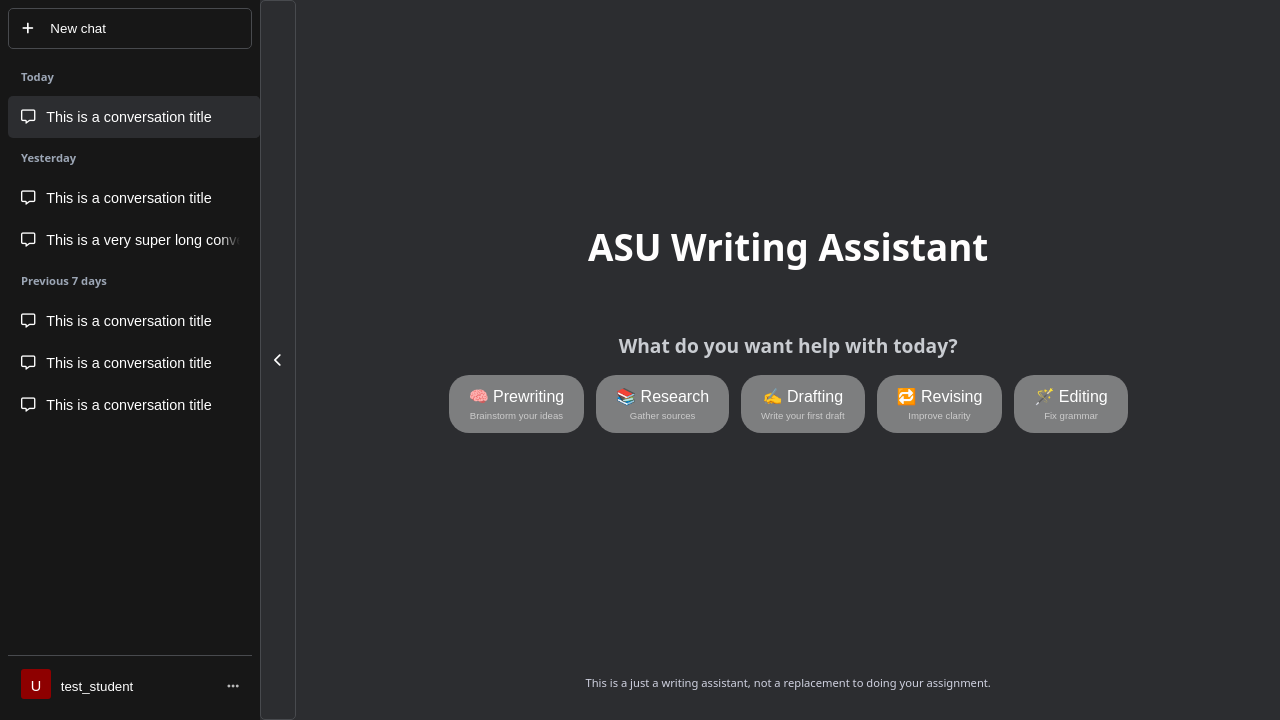
Repository: nysajain/asu-ai-writing-assistant
Page: frontend/index.html
An editor plug-in stored every save of this project. The page is shown before and after the next save, followed by the edit.
The browser window is 1280 px wide. The pictures show the whole page.

Above is the page before, as saved 2025-04-21 15:15:15.

### frontend/index.html
<!DOCTYPE html>
<html lang="en">

<head>
    <meta charset="UTF-8" />
    <meta http-equiv="X-UA-Compatible" content="IE=edge" />
    <meta name="viewport" content="width=device-width, initial-scale=1.0" />
    <link rel="stylesheet" href="style.css" />
    <link rel="stylesheet" href="https://cdnjs.cloudflare.com/ajax/libs/font-awesome/6.4.2/css/all.min.css"
        integrity="sha512-z3gLpd7yknf1YoNbCzqRKc4qyor8gaKU1qmn+CShxbuBusANI9QpRohGBreCFkKxLhei6S9CQXFEbbKuqLg0DA=="
        crossorigin="anonymous" referrerpolicy="no-referrer" />
    <title>ASU Writing Bot</title>
</head>

<body>
    <nav id="sidebar">
        <div class="float-top">
            <div class="sidebar-controls">
                <button class="new-chat"><i class="fa fa-plus"></i> New chat</button>
            </div>
            <ul class="conversations">
                <li class="grouping">Today</li>
                <li class="active">
                    <button class="conversation-button"><i class="fa fa-message fa-regular"></i> This is a conversation
                        title</button>
                    <div class="fade"></div>
                    <div class="edit-buttons">
                        <button><i class="fa fa-edit"></i></button>
                        <button><i class="fa fa-trash"></i></button>
                    </div>
                </li>
                <li class="grouping">Yesterday</li>
                <li>
                    <button class="conversation-button"><i class="fa fa-message fa-regular"></i> This is a conversation
                        title</button>
                    <div class="fade"></div>
                    <div class="edit-buttons">
                        <button><i class="fa fa-edit"></i></button>
                        <button><i class="fa fa-trash"></i></button>
                    </div>
                </li>
                <li>
                    <button class="conversation-button"><i class="fa fa-message fa-regular"></i> This is a very super
                        long conversation title that doesn't fit</button>
                    <div class="fade"></div>
                    <div class="edit-buttons">
                        <button><i class="fa fa-edit"></i></button>
                        <button><i class="fa fa-trash"></i></button>
                    </div>
                </li>
                <li class="grouping">Previous 7 days</li>
                <li>
                    <button class="conversation-button"><i class="fa fa-message fa-regular"></i> This is a conversation
                        title</button>
                    <div class="fade"></div>
                    <div class="edit-buttons">
                        <button><i class="fa fa-edit"></i></button>
                        <button><i class="fa fa-trash"></i></button>
                    </div>
                </li>
                <li>
                    <button class="conversation-button"><i class="fa fa-message fa-regular"></i> This is a conversation
                        title</button>
                    <div class="fade"></div>
                    <div class="edit-buttons">
                        <button><i class="fa fa-edit"></i></button>
                        <button><i class="fa fa-trash"></i></button>
                    </div>
                </li>
                <li>
                    <button class="conversation-button"><i class="fa fa-message fa-regular"></i> This is a conversation
                        title</button>
                    <div class="fade"></div>
                    <div class="edit-buttons">
                        <button><i class="fa fa-edit"></i></button>
                        <button><i class="fa fa-trash"></i></button>
                    </div>
                </li>
            </ul>
        </div>
        <div class="user-menu">
            <button>
                <i class="user-icon">u</i>
                test_student
                <i class="fa fa-ellipsis dots"></i>
            </button>
            <ul>
                <li><button>Settings</button></li>
                <li><button>Log out</button></li>
            </ul>
        </div>
    </nav>

    <button class="hide-sidebar" title="Toggle Sidebar"><i class="fa fa-chevron-left"></i></button>

    <main>
        <!-- New Chat View -->
        <!-- Home screen where user chooses a step -->
        <div class="view new-chat-view">
            <div class="logo">ASU Writing Assistant</div>
            <div class="step-selection">
                <p>What do you want help with today?</p>
                <div class="step-buttons">
                    <button class="step-button" data-step="prewriting">
                        🧠 Prewriting
                        <span class="desc">Brainstorm your ideas</span>
                    </button>
                    <button class="step-button" data-step="research">
                        📚 Research
                        <span class="desc">Gather sources</span>
                    </button>
                    <button class="step-button" data-step="drafting">
                        ✍️ Drafting
                        <span class="desc">Write your first draft</span>
                    </button>
                    <button class="step-button" data-step="revising">
                        🔁 Revising
                        <span class="desc">Improve clarity</span>
                    </button>
                    <button class="step-button" data-step="editing">
                        🪄 Editing
                        <span class="desc">Fix grammar</span>
                    </button>
                </div>
            </div>
        </div>



        <!-- Step Views -->
        <div class="view conversation-view" id="prewriting-view" data-step="prewriting">
            <button class="home-icon-button" title="Back to Home"><i class="fa fa-home"></i></button>
            <div class="model-name"><i class="fa fa-pencil"></i> Prewriting</div>
            <div class="messages" id="prewriting-messages"></div>
            <div class="message-form">
                <div class="message-wrapper">
                    <textarea id="message-prewriting" class="message-input" rows="1" placeholder="Send a message"></textarea>
                    <button id="send-prewriting" class="send-button"><i class="fa fa-paper-plane"></i></button>
                </div>
            </div>
        </div>

        <div class="view conversation-view" id="research-view" data-step="research">
            <button class="home-icon-button" title="Back to Home"><i class="fa fa-home"></i></button>
            <div class="model-name"><i class="fa fa-book"></i> Research</div>
            <div class="messages" id="research-messages"></div>
            <div class="message-form">
                <div class="message-wrapper">
                    <textarea id="message-research" class="message-input" rows="1" placeholder="Send a message"></textarea>
                    <button id="send-research" class="send-button"><i class="fa fa-paper-plane"></i></button>
                </div>
            </div>
        </div>

        <div class="view conversation-view" id="drafting-view" data-step="drafting">
            <button class="home-icon-button" title="Back to Home">
                <i class="fa fa-home"></i>
            </button>
            <div class="model-name"><i class="fa fa-keyboard"></i> Drafting</div>
            <div class="messages" id="drafting-messages"></div>
            <div class="message-form">
                <div class="message-wrapper">
                    <textarea id="message-drafting" class="message-input" rows="1" placeholder="Send a message"></textarea>
                    <button id="send-drafting" class="send-button"><i class="fa fa-paper-plane"></i></button>
                </div>
            </div>
        </div>


        <div class="view conversation-view" id="revising-view" data-step="revising">
            <button class="home-icon-button" title="Back to Home"><i class="fa fa-home"></i></button>
            <div class="model-name"><i class="fa fa-sync"></i> Revising</div>
            <div class="messages" id="revising-messages"></div>
            <div class="message-form">
                <div class="message-wrapper">
                    <textarea id="message-revising" class="message-input" rows="1" placeholder="Send a message"></textarea>
                    <button id="send-revising" class="send-button"><i class="fa fa-paper-plane"></i></button>
                </div>
            </div>
        </div>

        <div class="view conversation-view" id="editing-view" data-step="editing">
            <button class="home-icon-button" title="Back to Home"><i class="fa fa-home"></i></button>
            <div class="model-name"><i class="fa fa-spell-check"></i> Editing</div>
            <div class="messages" id="editing-messages"></div>
            <div class="message-form">
                <div class="message-wrapper">
                    <textarea id="message-editing" class="message-input" rows="1" placeholder="Send a message"></textarea>
                    <button id="send-editing" class="send-button"><i class="fa fa-paper-plane"></i></button>
                </div>
            </div>
        </div>
        <div class="disclaimer">
            This is a just a writing assistant, not a replacement to doing your assignment.
        </div>
    </main>

    <script src="script.js"></script>
</body>

</html>

### frontend/style.css
html,
body {
    width: 100%;
    height: 100%;
    margin: 0;
    padding: 0;
}

:root {
    --color-white: #fff;
    --color-main: #2c2d30;
    --color-main-fade: #2c2d3000;
    --color-secondary: #171717;
    --color-secondary-fade: #17171700;
    --color-button-hover: #242629;
    --color-button-hover-fade: #24262900;
    --color-user-icon: #8e0000;
    --color-groupings: #9ca6b5;
    --color-gpt-icon: #000000;
    --color-black: #1e1e1f;
    --color-user-menu-hover: #383b42;
    --color-text: #f5f9ff;
    --color-gpt3: #5fc319;
    --color-gpt4: #f22626;
    --color-secondary-p: #c9ccd1;
    --color-logo: #fffefe;
    --color-model-name: #ffffff;
    --color-assistant-bg: #3f4042;
    --color-assistant-text: #e1e6ed;
    --color-disclaimer: #d0d2e1;
    --color-border1: #484a4e;
    --color-user-menu-border: #34373a;
    --color-user-menu-selected-border: #4a5562;
    --color-border2: #292d32;
    --color-user-message-border: #2f353d;
}

body {
    background: var(--color-main);
    display: flex;
    font-size: 1em;
    font-family: system-ui, sans-serif;
}

#sidebar {
    position: relative;
    left: 0;
    background: var(--color-secondary);
    width: 260px;
    padding: 8px;
    box-sizing: border-box;
    display: flex;
    justify-content: space-between;
    flex-direction: column;
    transition: all 0.2s ease-in-out;
}

.float-top {
    display: flex;
    flex-direction: column;
    height: calc(100% - 50px);
}

#sidebar.hidden {
    left: -260px;
    margin-right: -260px;
}

#sidebar.hidden .hide-sidebar {
    left: 60px;
    transform: rotate(180deg);
    padding: 15px 13px 11px 13px;
}

button {
    display: block;
    background: inherit;
    border: 1px solid var(--color-border1);
    border-radius: 5px;
    color: var(--color-white);
    padding: 13px;
    box-sizing: border-box;
    text-align: left;
    cursor: pointer;
}

button:hover {
    background: var(--color-button-hover);
}

.sidebar-controls {
    display: flex;
    gap: 10px;
    margin-bottom: 8px;
}

.sidebar-controls button {
    padding: 12px 13px 12px 13px;
    color: white
}

.hide-sidebar {
    position: relative;
    left: 0;
    top: 0;
    transition: all 0.2s ease-in-out;
    transform: rotate(0deg);
}

.new-chat i {
    margin-right: 13px;
}

.new-chat {
    flex: 1;
}

.conversations {
    width: calc(100% + 8px);
    overflow-y: scroll;
}

.conversations,
.conversations li {
    list-style: none;
    list-style-type: none;
    margin: 0;
    padding: 0;
}

.conversations li {
    position: relative;
}

.conversations li .fa {
    margin-right: 7px;
}

.conversations li>button {
    width: 100%;
    border: none;
    font-size: 0.9em;
    white-space: nowrap;
    overflow: hidden;
}

.conversations li.active>button {
    background: var(--color-main);
}

.edit-buttons {
    display: none;
    position: absolute;
    right: 8px;
    top: 0;
}

.conversations li:hover .edit-buttons {
    display: flex;
}

.fade {
    position: absolute;
    right: 0;
    top: 0;
    background: var(--color-user-icon);
    width: 40px;
    height: 100%;
    border-radius: 5px;
    background: transparent;
    background: linear-gradient(90deg, var(--color-secondary-fade) 0%, var(--color-secondary) 50%);
}

.conversations li.active .fade {
    background: linear-gradient(90deg, var(--color-main-fade) 0%, var(--color-main) 50%);
}

.conversations li:hover .fade {
    width: 80px;
    background: linear-gradient(90deg, var(--color-button-hover-fade) 0%, var(--color-button-hover) 30%);
}

.edit-buttons button {
    border: none;
    padding: 0;
    margin: 13px 1px 13px 1px;
    opacity: 0.7;
}

.edit-buttons button:hover {
    background: none;
    opacity: 1;
}

.conversations li.grouping {
    color: var(--color-groupings);
    font-size: 0.7em;
    font-weight: bold;
    padding-left: 13px;
    margin-top: 12px;
    margin-bottom: 12px;
}

i.user-icon {
    padding: 6px;
    color: var(--color-white);
    background: var(--color-user-icon);
    display: inline-block;
    text-align: center;
    width: 15px;
    border-radius: 3px;
    margin-right: 6px;
    font-style: normal;
    width: 18px;
    height: 18px;
    font-size: 15px;
    text-transform: uppercase;
    font-family: system-ui, sans-serif;
}

.gpt.user-icon {
    background: var(--color-gpt-icon);
}

.user-menu {
    position: relative;
    border-top: 1px solid var(--color-border1);
}

.user-menu button {
    width: 100%;
    border: none;
}

.user-menu .dots {
    position: relative;
    top: 11px;
    float: right;
    opacity: 0.7;
}

.user-menu>ul,
.user-menu li {
    list-style: none;
    list-style-type: none;
    padding: 0;
    margin: 0;
}

.user-menu>ul {
    display: none;
    position: absolute;
    top: 0;
    left: 0;
    opacity: 0;
    transform: translateY(-100%);
    background: var(--color-black);
    border-radius: 10px;
    width: 100%;
    transition: all 0.2s ease-in-out;
}

.user-menu>ul.show-animate {
    display: block;
}

.user-menu>ul.show {
    opacity: 1;
    margin-top: -8px;
}

.user-menu li button {
    border-radius: 0;
}

.user-menu li button:hover {
    background: var(--color-user-menu-hover);
}

.user-menu li:first-child button {
    border-top-left-radius: 5px;
    border-top-right-radius: 5px;
}

.user-menu li:last-child button {
    border-top: 1px solid var(--color-user-menu-border);
    border-bottom-left-radius: 5px;
    border-bottom-right-radius: 5px;
}

::-webkit-scrollbar {
    width: 9px;
}

::-webkit-scrollbar-track {
    background-color: transparent;
}

::-webkit-scrollbar-thumb {
    background-color: transparent;
}

:hover::-webkit-scrollbar-thumb {
    background-color: var(--color-text)c3;
    border-radius: 5px;
}

::-webkit-scrollbar-thumb:hover {
    background-color: var(--color-text);
    border-radius: 5px;
}

main {
    width: 100%;
    margin: 0 auto;
    display: flex;
    flex-direction: column;
    align-content: center;
    justify-content: space-between;
    padding: 0 0 30px 0;
    box-sizing: border-box;
    position: relative;
}

main .view {
    display: flex;
    flex-direction: column;
}

.logo {
    position: relative;
    z-index: 1;
    color: var(--color-logo);
    font-weight: bold;
    text-align: center;
    font-size: 2.3em;
}


.view.new-chat-view {
    display: flex;
    flex-direction: column;
    justify-content: center;
    align-items: center;
    height: 100vh;
}

.step-selection {
    color: var(--color-logo);
    font-weight: bold;
    text-align: center;
    font-size: 2.3em;
    padding: 20px;
}

.view.conversation-view {
    display: none;
    flex-direction: column;
    height: 100vh;
    position: relative;
    padding-bottom: 100px;
}

.model-name {
    background: var(--color-main);
    text-align: center;
    color: var(--color-model-name);
    padding: 23px;
    border-bottom: 1px solid var(--color-border2);
    font-size: 0.85em;
}

.message {
    display: flex;
    gap: 20px;
    padding: 25px 60px 15px 60px;
    border-bottom: 1px solid var(--color-border2);
    font-size: 0.95em;
}

.messages{
    padding-bottom: 120px;
}

.message .content {
    padding-top: 5px;
}

.user.message {
    color: var(--color-text);
}

.assistant.message {
    background: var(--color-assistant-bg);
    color: var(--color-assistant-text);
}


.message-form {
    position: fixed;
    bottom: 20px; /* Creates visible gap */
    left: 0;
    right: 0;
    width: 100%;
    display: flex;
    justify-content: center;
    z-index: 100;
    background: transparent;
    padding: 0 20px;
}

.message-wrapper {
    width: 100%;
    max-width: 850px;
    background: var(--color-user-menu-hover);
    border-radius: 25px;
    display: flex;
    align-items: center;
    padding: 10px 20px;
    border: 1px solid var(--color-user-message-border);
    box-shadow: rgba(0, 0, 0, 0.3) 0 0 10px;
}

textarea.message-input {
    background: var(--color-user-menu-hover);
    border-radius: 13px;
    width: 100%;
    box-sizing: border-box;
    border: 1px solid var(--color-user-message-border);
    resize: none;
    padding: 17px 85px 17px 15px;
    font-family: inherit;
    font-size: 1em;
    color: var(--color-white);
    box-shadow: rgba(0, 0, 0, 0.2) 0 0 45px;
    outline: none;
}

textarea.message-input::placeholder {
    color: var(--color-groupings);
}

.send-button {
    background: #4caf50;
    border: none;
    color: white;
    padding: 10px;
    border-radius: 50%;
    margin-left: 12px;
    cursor: pointer;
    font-size: 1.2em;
    flex-shrink: 0;
    display: flex;
    align-items: center;
    justify-content: center;
    min-width: 40px;
    min-height: 40px;
}

.send-button:hover {
    background: #45a049;
}

.disclaimer {
    position: fixed
    margin-top: 12px;
    color: var(--color-disclaimer);
    font-size: 0.7em;
    text-align: center;
}

p {
    margin: 0 0 1.5em 0;
}

.step-selection {
    text-align: center;
    margin-top: 40px;
}

.step-selection p {
    font-size: 1.2rem;
    margin-bottom: 16px;
    color: var(--color-secondary-p);
}

.step-buttons {
    display: flex;
    flex-wrap: wrap;
    justify-content: center;
    gap: 12px;
}

.step-button {
    padding: 12px 20px;
    font-size: 1rem;
    border: none;
    background-color: #f0f0f069;
    border-radius: 20px;
    cursor: pointer;
    transition: all 0.2s;
    display: flex;
    flex-direction: column;
    align-items: center;
    text-align: center;
}

.step-button .desc {
    font-size: 0.6rem;
    color: #ccc;
    margin-top: 4px;
    font-weight: normal;
}


.step-button:hover {
    background-color: #ddddddb5;
}

.home-icon-button {
    position: absolute;
    top: 16px;
    right: 16px;
    background: none;
    border: none;
    font-size: 1.2rem;
    cursor: pointer;
    color: #555;
    z-index: 10;
}

.home-icon-button:hover {
    color: #cfc9c9c2;
}

.assistant.message .content p {
    margin-bottom: 0.5em;
    line-height: 1.5;
}

.assistant.message .content strong {
    color: #ffecb3;
    font-weight: 600;
}

### frontend/script.js
const sidebar = document.querySelector("#sidebar");
const hide_sidebar = document.querySelector(".hide-sidebar");
const new_chat_button = document.querySelector(".new-chat");

hide_sidebar.addEventListener("click", () => {
    sidebar.classList.toggle("hidden");
});


const user_menu = document.querySelector(".user-menu ul");
const show_user_menu = document.querySelector(".user-menu button");

show_user_menu.addEventListener("click", () => {
    if (user_menu.classList.contains("show")) {
        user_menu.classList.toggle("show");
        setTimeout(() => {
            user_menu.classList.toggle("show-animate");
        }, 200);
    } else {
        user_menu.classList.toggle("show-animate");
        setTimeout(() => {
            user_menu.classList.toggle("show");
        }, 50);
    }
});

function show_view(view_selector) {
    document.querySelectorAll(".view").forEach(view => {
        view.style.display = "none";
    });

    const view = document.querySelector(view_selector);
    if (view) view.style.display = "flex";
}

function showStepView(step) {
    document.querySelectorAll(".view.conversation-view").forEach(view => {
        view.style.display = "none";
    });

    show_view(".hide-all"); // just in case

    const selectedView = document.querySelector(`#${step}-view`);
    if (selectedView) selectedView.style.display = "flex";
}

new_chat_button.addEventListener("click", () => {
    show_view(".new-chat-view");
});

document.querySelectorAll(".conversation-button").forEach(button => {
    button.addEventListener("click", () => {
        show_view(".conversation-view");
    });
});

let currentStep = null;

document.querySelectorAll(".tab").forEach(tab => {
    tab.addEventListener("click", () => {
        document.querySelectorAll(".tab").forEach(t => t.classList.remove("active"));
        tab.classList.add("active");

        currentStep = tab.dataset.step;
        showStepView(currentStep);
    });
});

document.querySelectorAll(".step-button").forEach(button => {
    button.addEventListener("click", () => {
        const step = button.dataset.step;
        currentStep = step;

        document.querySelectorAll(".tab").forEach(t => {
            t.classList.toggle("active", t.dataset.step === step);
        });

        showStepView(step);
    });
});

document.querySelectorAll(".home-icon-button").forEach(button => {
    button.addEventListener("click", () => {
        currentStep = null;
        document.querySelectorAll(".view.conversation-view").forEach(view => {
            view.style.display = "none";
        });
        document.querySelectorAll(".tab").forEach(t => t.classList.remove("active"));
        show_view(".new-chat-view");
    });
});

// === Per-step message handling ===

const steps = ["prewriting", "research", "drafting", "revising", "editing"];
const API_BASE_URL = "https://pia-asu-writing-center-project.onrender.com";

function formatResponse(text) {
    return text
        .replace(/\*\*(.*?)\*\*/g, "<strong>$1</strong>")
        .split("\n")
        .map(line => `<p>${line.trim()}</p>`)
        .join("");
}

steps.forEach(step => {
    const textarea = document.getElementById(`message-${step}`);
    const sendBtn = document.getElementById(`send-${step}`);
    const messagesContainer = document.getElementById(`${step}-messages`);

    if (!textarea || !sendBtn || !messagesContainer) return;

    // Auto-resize textarea
    textarea.addEventListener("input", () => {
        textarea.style.height = "auto";
        textarea.style.height = Math.min(textarea.scrollHeight + 2, 200) + "px";
    });

    // Handle sending message
    sendBtn.addEventListener("click", async () => {
        const userMessage = textarea.value.trim();
        if (!userMessage) return;

        // Display user message
        const userDiv = document.createElement("div");
        userDiv.className = "user message";
        userDiv.innerHTML = `
            <div class="identity"><i class="user-icon">u</i></div>
            <div class="content"><p>${userMessage}</p></div>
        `;
        messagesContainer.appendChild(userDiv);

        // Clear input
        textarea.value = "";
        textarea.style.height = "auto";

        try {
            const res = await fetch(`${API_BASE_URL}/${step}/chat`, {
                method: "POST",
                headers: { "Content-Type": "application/json" },
                body: JSON.stringify({ message: userMessage }),
            });

            const data = await res.json();

            const botDiv = document.createElement("div");
            botDiv.className = "assistant message";
            botDiv.innerHTML = `
                <div class="identity"><i class="gpt user-icon">G</i></div>
                <div class="content">${formatResponse(data.response)}</div>
            `;
            messagesContainer.appendChild(botDiv);
            setTimeout(() => {
              messagesContainer.scrollTop = messagesContainer.scrollHeight;
            }, 50);
            } catch (err) {
            const errorDiv = document.createElement("div");
            errorDiv.className = "assistant message";
            errorDiv.innerHTML = `
                <div class="identity"><i class="gpt user-icon">G</i></div>
                <div class="content"><p><b>Error:</b> Could not reach the server.</p></div>
            `;
            messagesContainer.appendChild(errorDiv);
        }
    });
});

After the next save:
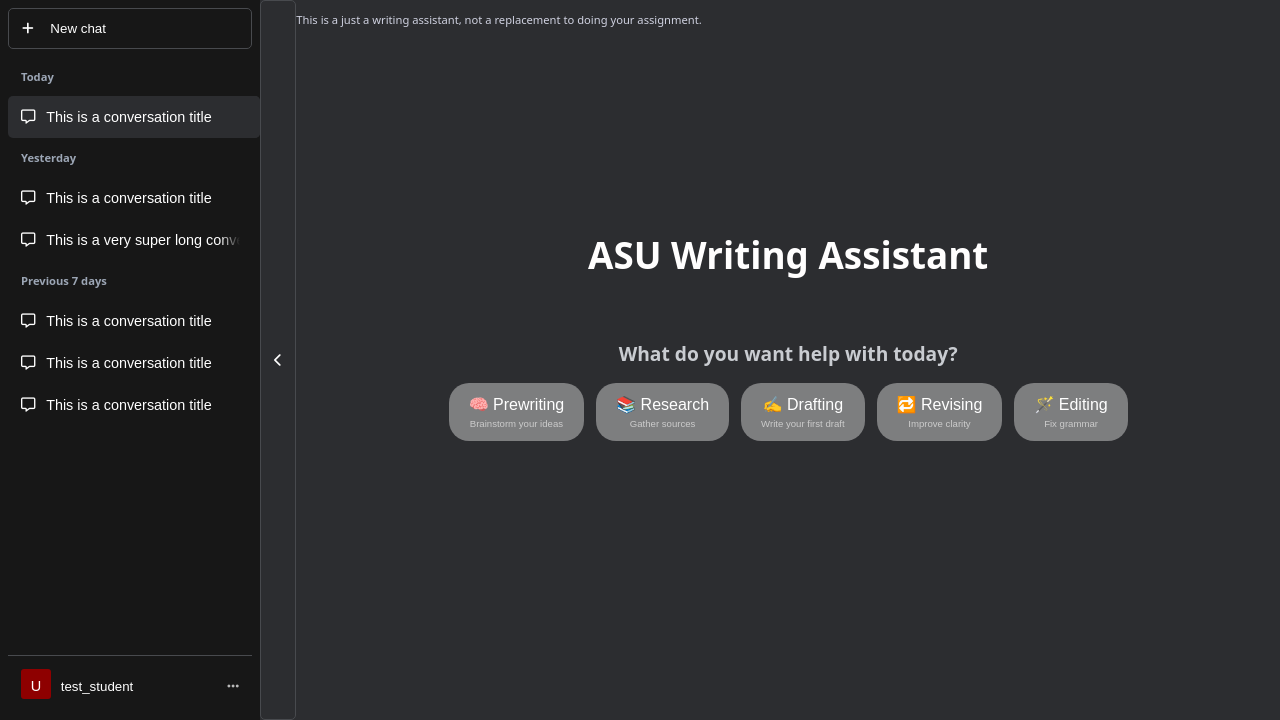
Saved 5 s later.
--- a/frontend/style.css
+++ b/frontend/style.css
@@ -462,7 +462,7 @@
 }
 
 .disclaimer {
-    position: fixed
+    position: fixed;
     margin-top: 12px;
     color: var(--color-disclaimer);
     font-size: 0.7em;
